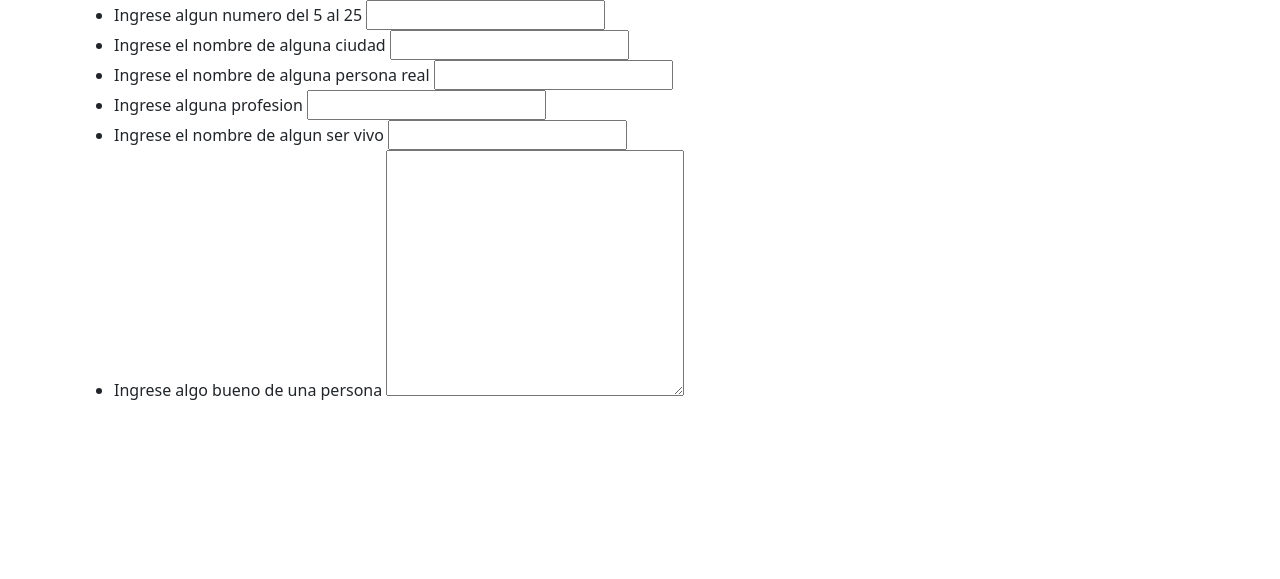
Repository: fanoneytor/condingDojo-JavaSpring
Page: http://localhost/Omikuji/WEB-INF/index.jsp
The author's editor kept a copy of each file at every save. The page is drawn from the files as they stood at one save, then again after the next save.
The browser window is 1280 px wide. The pictures show the whole page.
The page is served by Tomcat 9. Nobody is signed in. The template is opened directly, without the code that normally fills it, so the values that code supplies are empty.

Above is the page before, as saved 2023-03-12 17:18:19.

After the next save:
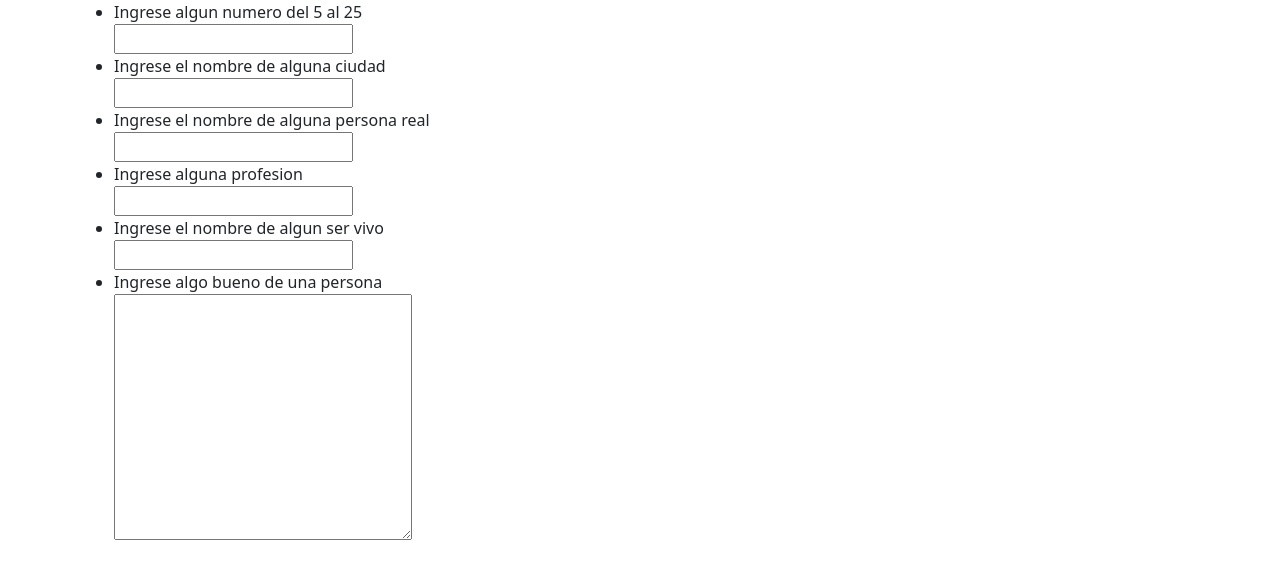
Saved 4 min 36 s later.
--- a/workspace/Omikuji/src/main/webapp/WEB-INF/index.jsp
+++ b/workspace/Omikuji/src/main/webapp/WEB-INF/index.jsp
@@ -10,7 +10,9 @@
 </head>
 <body>
 	<div class="container">
-		<form action="">
+		<div class="row">
+			<div class="col-4">
+				<form action="">
 			<ul>
 				<li>
 					<label for="numero">Ingrese algun numero del 5 al 25</label>
@@ -37,8 +39,9 @@
 					<textarea name="algoBueno" id="algoBueno" cols="30" rows="10"></textarea>
 				</li>
 			</ul>
-
 		</form>
+			</div>
+		</div>
 	</div>
 
 </body>
